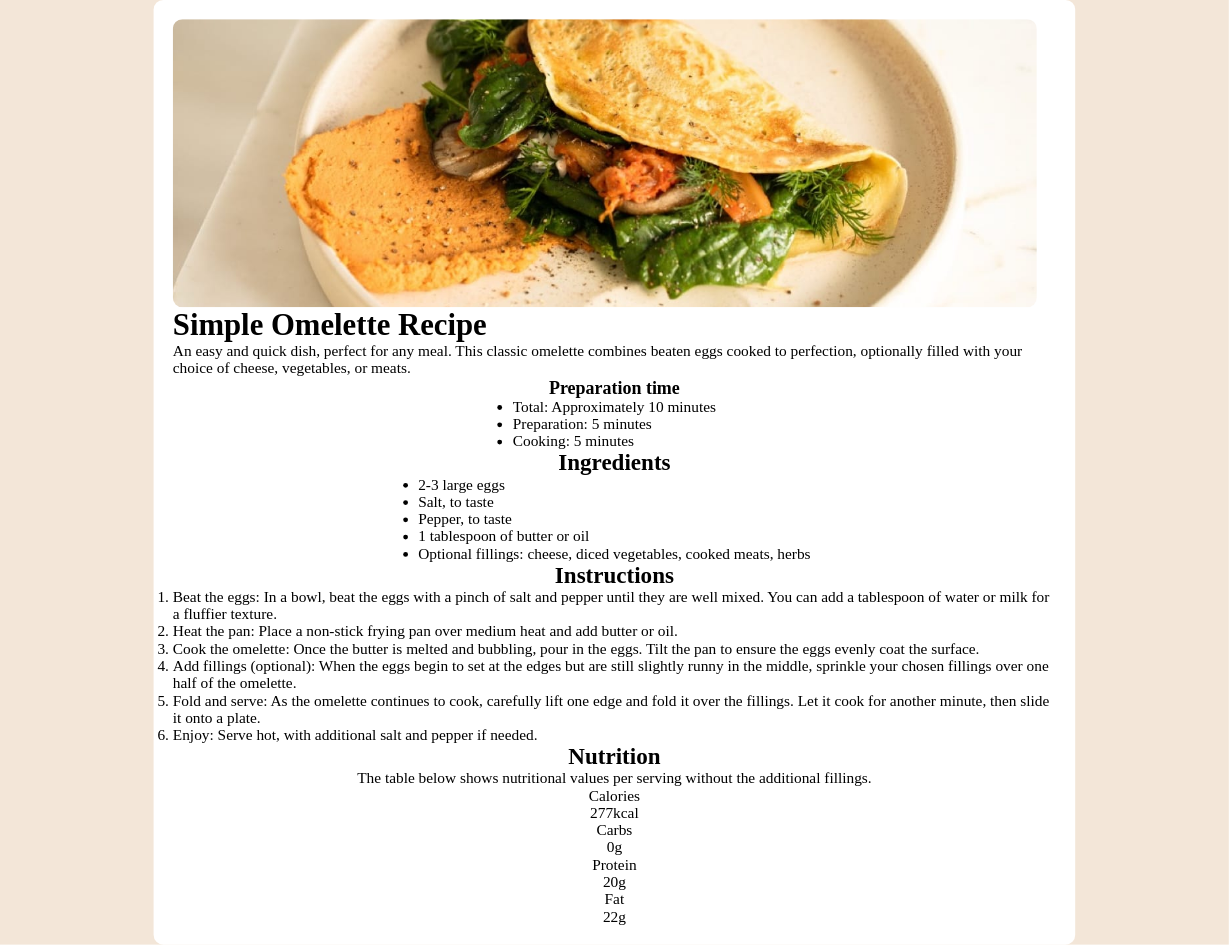
Repository: reemoon-ctrl/mine-recipe-page-main
Page: index1.html
An editor plug-in stored every save of this project. The page is shown before and after a run of saves, followed by the edit.
The browser window is 1280 px wide. The pictures show the whole page, at 96% of full size.

Above is the page before, as saved 2024-08-11 13:53:58.

### index1.html
<!DOCTYPE html>
<html lang="en">
<head>
    <meta charset="UTF-8">
    <meta name="viewport" content="width=device-width, initial-scale=1.0">
    <link rel="stylesheet" href="/style.css">
    <title>ommelette</title>
</head>
<body>
    <div class="container">
        <header>
          <div class="rec-img"></div>
        <h1>Simple Omelette Recipe</h1>

        <p>An easy and quick dish, perfect for any meal.
           This classic omelette combines beaten eggs cooked
          to perfection, optionally filled with your choice
          of cheese,
           vegetables, or meats.</p>
        </header>


        <h3>Preparation time</h3>


        <ul>
          <li>Total: Approximately 10 minutes</li>
          <li>Preparation: 5 minutes</li>
          <li>Cooking: 5 minutes</li>
        </ul>

        <h2>Ingredients</h2>
        <ul>
          <li>2-3 large eggs</li>
          <li>Salt, to taste</li>
          <li>Pepper, to taste</li>
          <li>1 tablespoon of butter or oil</li>
          <li>Optional fillings: cheese, diced vegetables, cooked meats, herbs</li>
        </ul>






        <h2>Instructions</h2>
        <ol>
          <li>Beat the eggs: In a bowl, beat the eggs with a pinch of salt and pepper until they are well mixed.
            You can add a tablespoon of water or milk for a fluffier texture.</li>
          <li>Heat the pan: Place a non-stick frying pan over medium heat and add butter or oil.</li>
          <li>Cook the omelette: Once the butter is melted and bubbling, pour in the eggs. Tilt the pan to ensure
            the eggs evenly coat the surface.</li>
          <li>Add fillings (optional): When the eggs begin to set at the edges but are still slightly runny in the
            middle, sprinkle your chosen fillings over one half of the omelette.</li>
          <li>Fold and serve: As the omelette continues to cook, carefully lift one edge and fold it over the
            fillings. Let it cook for another minute, then slide it onto a plate.</li>
          <li>Enjoy: Serve hot, with additional salt and pepper if needed.</li>
        </ol>

        <h2>Nutrition</h2>

        <p>The table below shows nutritional values per serving without the additional fillings.</p>

        <div>Calories</div>
        <div>277kcal</div>

        <div>Carbs</div>
        <div>0g</div>

        <div>Protein</div>
        <div>20g</div>

        <div>Fat</div>
        <div>22g</div>

      </div>
</body>
</html>

### style.css
*{
    padding: 0;
    margin: 0;
    box-sizing: border-box;
}
body{

    height: 100vh;
    width: 100vw;
    background: hsl(30, 54%, 90%);
}
.rec-img{
    max-width: 900px;
    border-radius:10px ;
    height: 300px;
    background: url(/image-omelette.jpeg)no-repeat center center/cover;
}
.container{
    display:flex;
    flex-direction: column;
    align-items: center;

    background: #fff;
    border-radius: 10px;
    margin: auto;
    max-width:960px;
    padding: 20px;
}

After the next 5 saves:
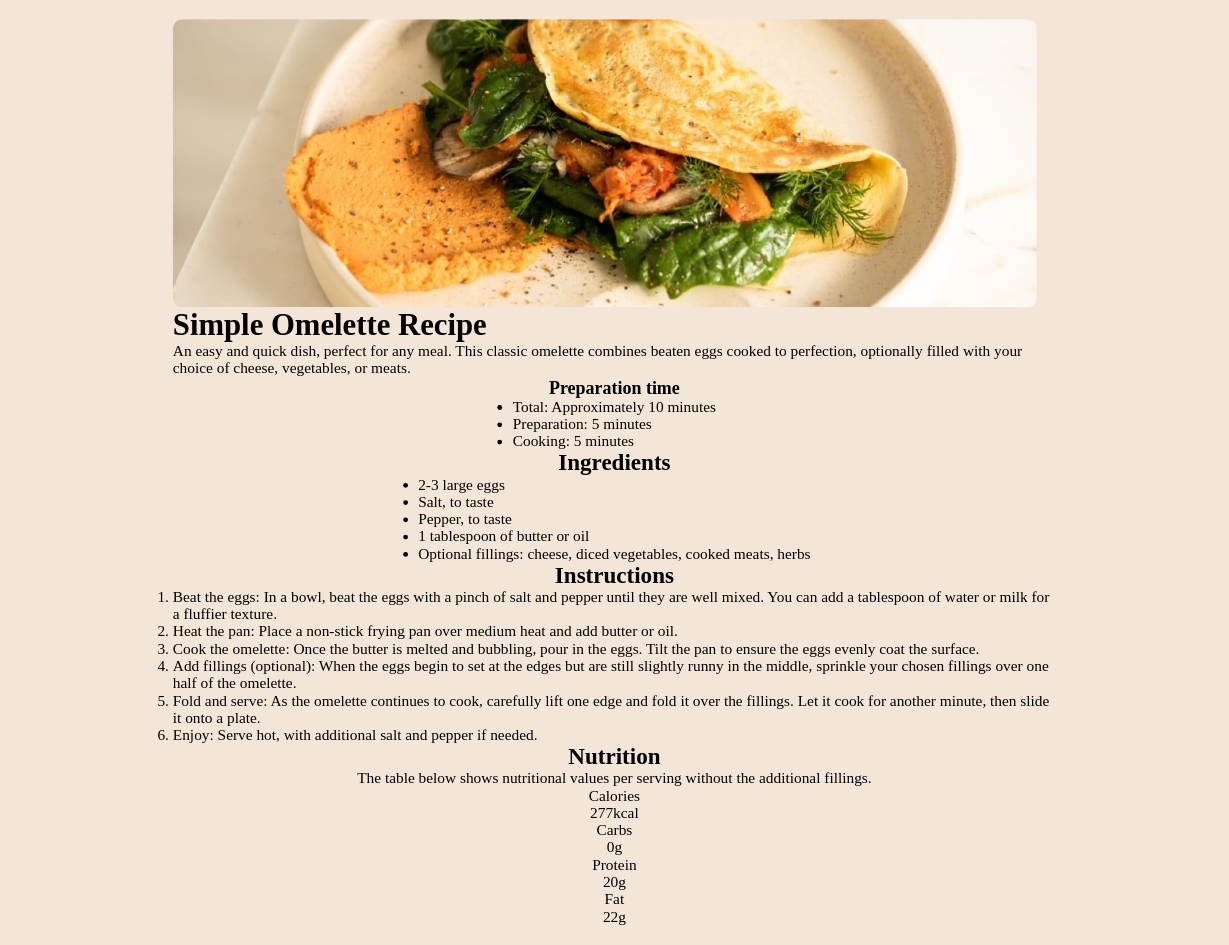
The 5 saves are shown as one change because they came seconds apart.
The last was saved 13 s later.
--- a/style.css
+++ b/style.css
@@ -19,7 +19,7 @@
     display:flex;
     flex-direction: column;
     align-items: center;
-
+    justif
     background: #fff;
     border-radius: 10px;
     margin: auto;

After the 3 saves that followed:
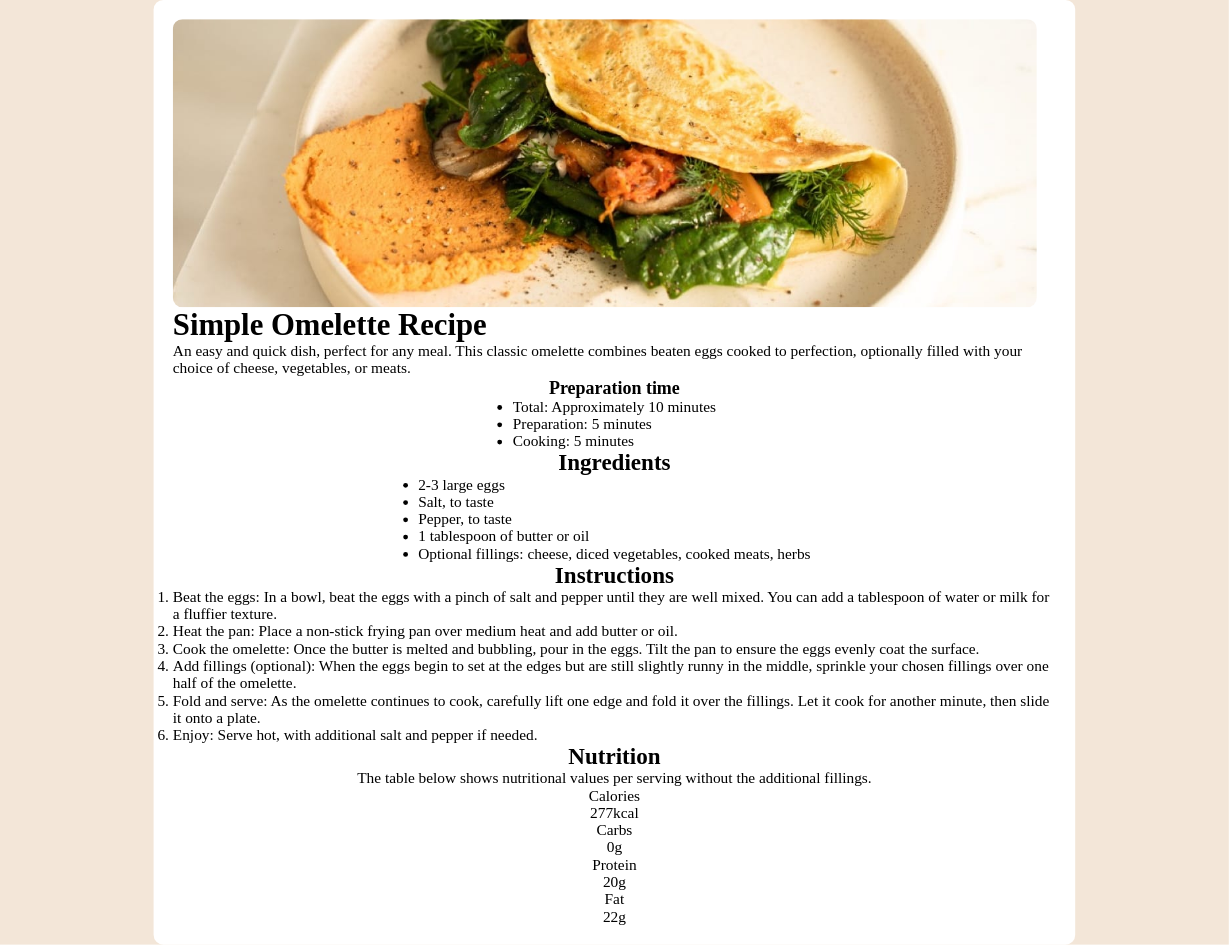
The 3 saves are shown as one change because 1 left the picture as it was and some came seconds apart.
The last was saved 16 s later.
--- a/style.css
+++ b/style.css
@@ -19,7 +19,7 @@
     display:flex;
     flex-direction: column;
     align-items: center;
-    justif
+    justify-content: center;
     background: #fff;
     border-radius: 10px;
     margin: auto;
